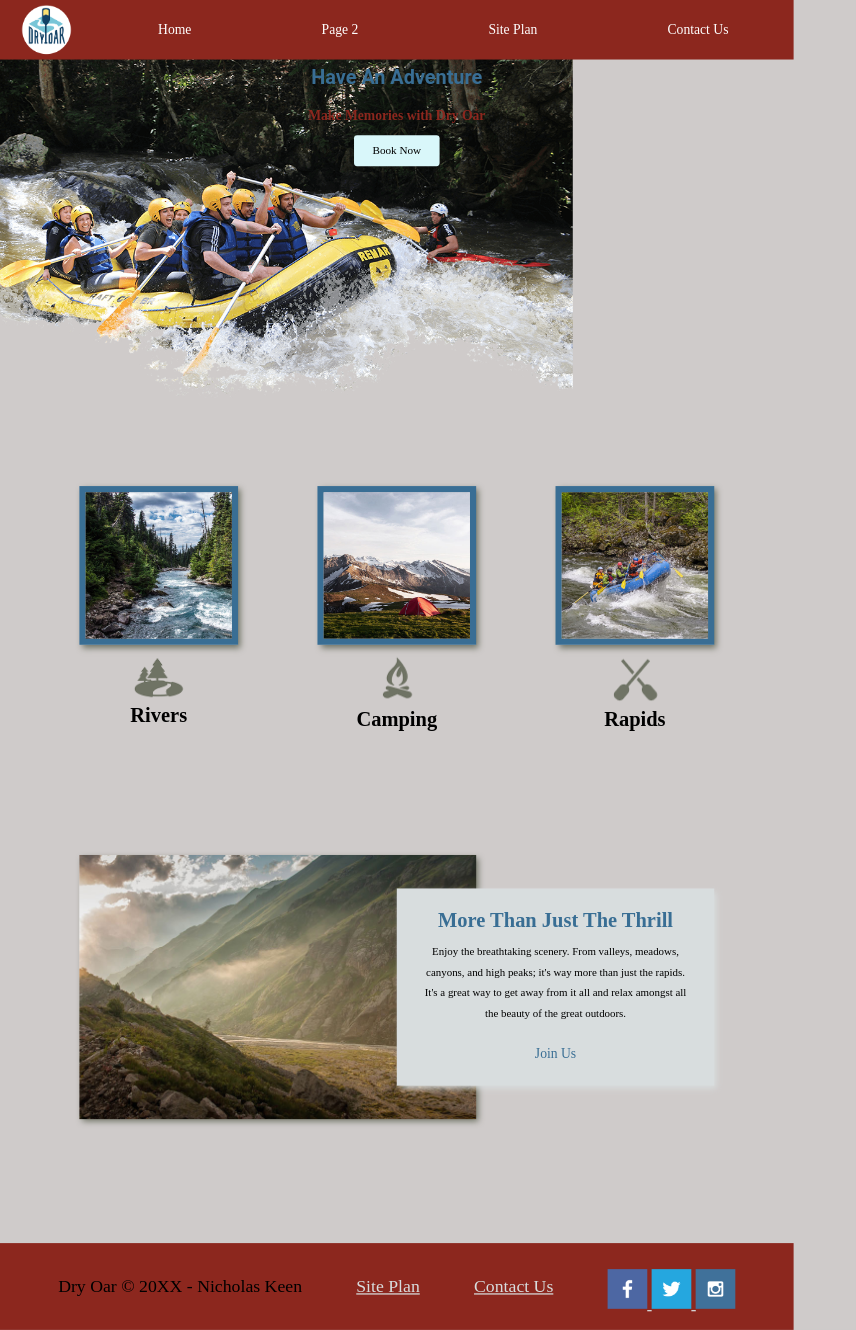
Repository: nak97/WDD-130
Page: wrr/index.html
An editor plug-in stored every save of this project. The page is shown before and after the next save, followed by the edit.
The browser window is 1280 px wide. The page is 1380 px wide, so the pictures cover 1380 px, including what lies to the right of the window. The pictures show the whole page, at 62% of full size.

Above is the page before, as saved 2023-02-17 18:58:30.

After the next save:
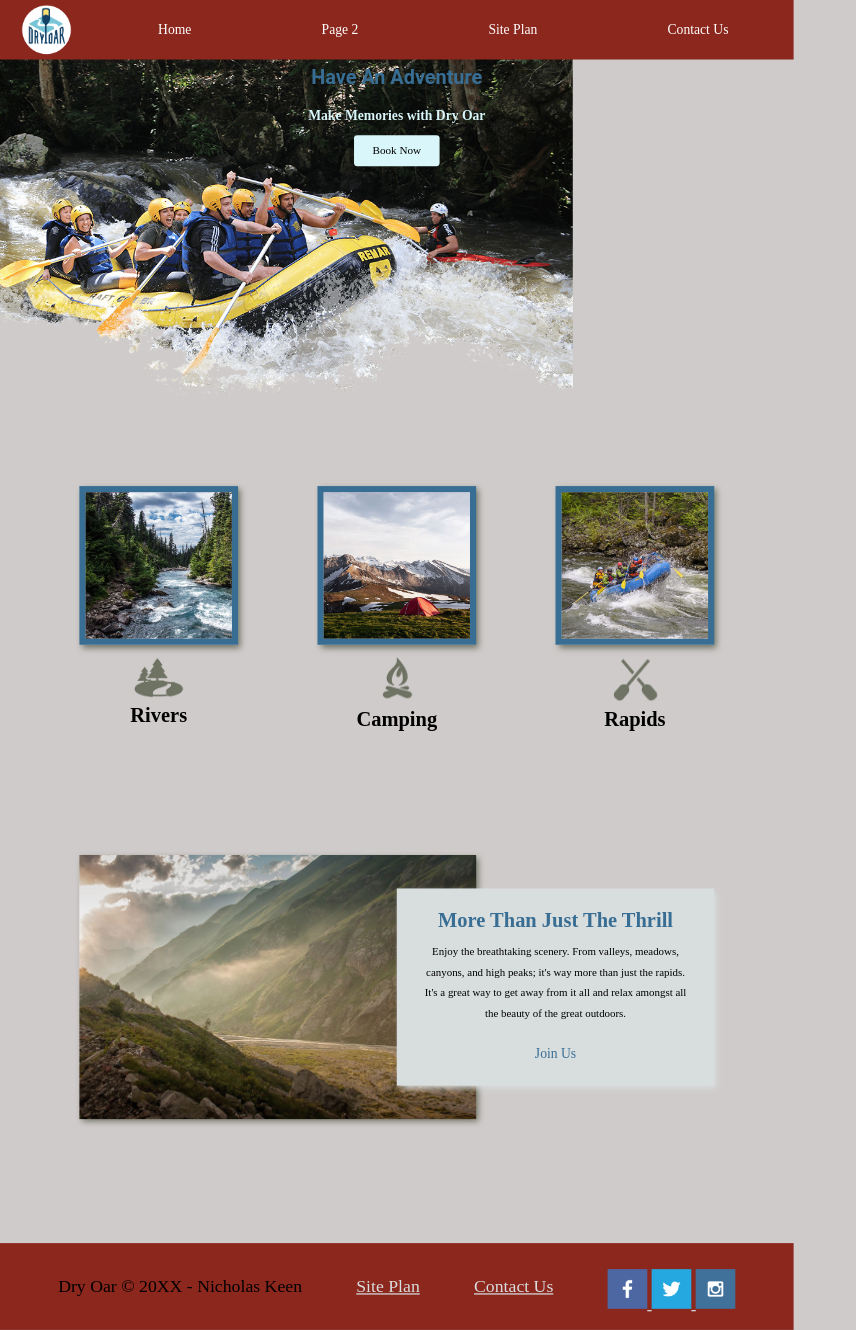
Saved 6 s later.
--- a/wrr/styles/styles.css
+++ b/wrr/styles/styles.css
@@ -23,7 +23,7 @@
 
 }
 
-#hero-msg h1 h4 {
+#hero-msg h4 {
   color: #D9F7FA;
 
 }
